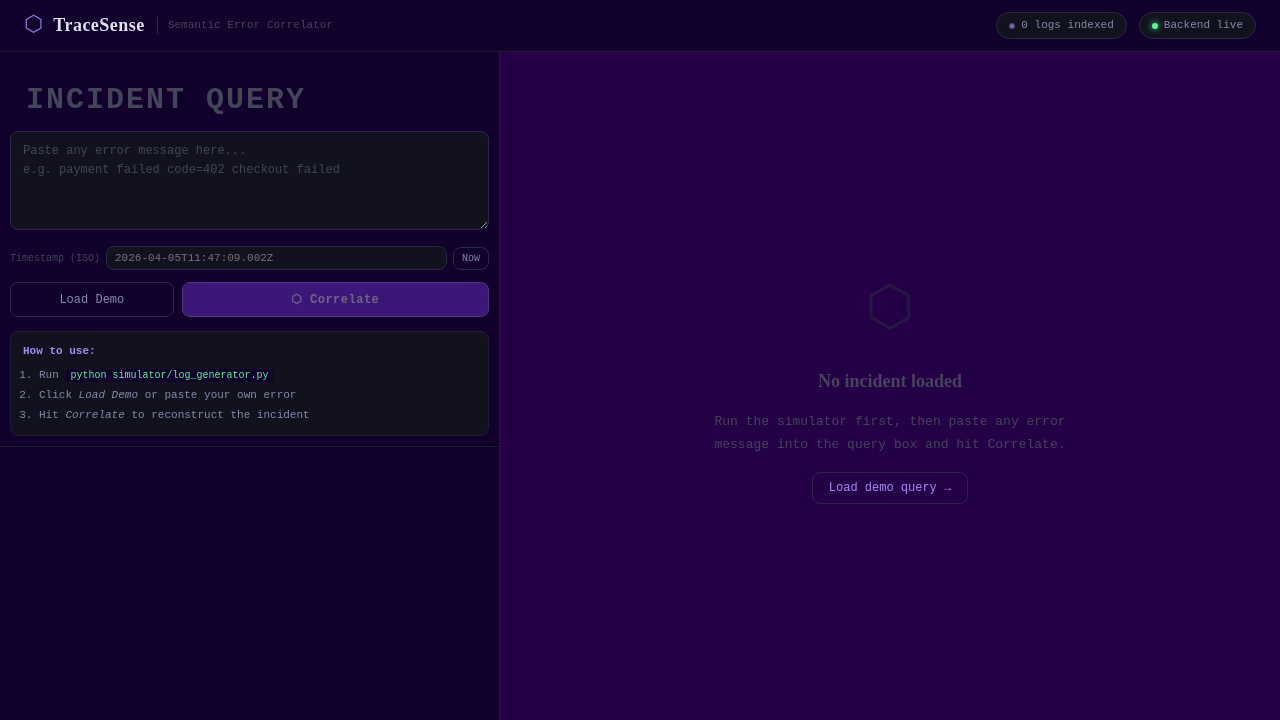
Repository: SaranyaM15/AI_Engineer_Journey
Page: / (app in tracesense/frontend/)
These files come from the project's save history. The page is drawn as it stood at one moment and after the next save; the edit follows.
The browser window is 1280 px wide. The pictures show the whole page.
The page's requests for data from a server got no answer. Some web fonts or font styles are not loaded; a fallback is used. The project was rebuilt for these pictures with package versions that can differ from the ones it lists, and the page was loaded fresh each time. No one was signed in, and anything a server would have sent is missing. Also part of the build but not shown: tracesense/frontend/vite.config.js, tracesense/frontend/src/components/Timeline.jsx, tracesense/frontend/src/components/LogFeed.jsx.

Above is the page before, as saved 2026-04-05 18:52:00.

### tracesense/frontend/src/index.css
*, *::before, *::after {
  box-sizing: border-box;
  margin: 0;
  padding: 0;
}

html, body, #root {
  height: 100%;
  overflow: hidden;
}

### tracesense/frontend/src/App.jsx
import { useState, useEffect } from "react";
import axios from "axios";
import Timeline from "./components/Timeline";
import QueryPanel from "./components/QueryPanel";
import LogFeed from "./components/LogFeed";
import "./App.css";

const API = "http://localhost:8000";

export default function App() {
  const [query, setQuery] = useState("");
  const [timestamp, setTimestamp] = useState("");
  const [cluster, setCluster] = useState(null);
  const [loading, setLoading] = useState(false);
  const [logCount, setLogCount] = useState(0);
  const [error, setError] = useState(null);
  const [simulatorRunning, setSimulatorRunning] = useState(false);

  useEffect(() => {
    fetchLogCount();
    const interval = setInterval(fetchLogCount, 5000);
    return () => clearInterval(interval);
  }, []);

  async function fetchLogCount() {
    try {
      const res = await axios.get(`${API}/logs/count`);
      setLogCount(res.data.total_logs_stored);
    } catch {
      // backend not reachable yet
    }
  }

  async function runCorrelation() {
    if (!query.trim()) return;
    setLoading(true);
    setError(null);
    setCluster(null);

    const ts = timestamp || new Date().toISOString();

    try {
      const res = await axios.post(`${API}/correlate`, {
        message: query,
        timestamp: ts,
      });
      setCluster(res.data);
    } catch (e) {
      setError("Could not reach backend. Make sure uvicorn is running on :8000");
    } finally {
      setLoading(false);
    }
  }

  function handleDemo() {
    setQuery("payment failed code=402 checkout failed");
    setTimestamp("2026-04-05T11:47:09.002Z");
  }

  return (
    <div className="app">
      {/* Top Bar */}
      <header className="topbar">
        <div className="topbar-left">
          <span className="logo-icon">⬡</span>
          <span className="logo-text">TraceSense</span>
          <span className="logo-sub">Semantic Error Correlator</span>
        </div>
        <div className="topbar-right">
          <div className="stat-pill">
            <span className="stat-dot pulse" />
            <span>{logCount.toLocaleString()} logs indexed</span>
          </div>
          <div className="status-pill">
            <span className="status-dot" />
            <span>Backend live</span>
          </div>
        </div>
      </header>

      <div className="layout">
        {/* Left Panel */}
        <aside className="left-panel">
          <QueryPanel
            query={query}
            setQuery={setQuery}
            timestamp={timestamp}
            setTimestamp={setTimestamp}
            onCorrelate={runCorrelation}
            onDemo={handleDemo}
            loading={loading}
          />
          {cluster && (
            <LogFeed cluster={cluster} />
          )}
        </aside>

        {/* Main Timeline */}
        <main className="main-panel">
          {!cluster && !loading && (
            <div className="empty-state">
              <div className="empty-icon">⬡</div>
              <h2>No incident loaded</h2>
              <p>
                Run the simulator first, then paste any error message into
                the query box and hit Correlate.
              </p>
              <button className="demo-hint" onClick={handleDemo}>
                Load demo query →
              </button>
            </div>
          )}
          {loading && (
            <div className="empty-state">
              <div className="spinner" />
              <p>Correlating across services...</p>
            </div>
          )}
          {error && (
            <div className="empty-state error-state">
              <p>{error}</p>
            </div>
          )}
          {cluster && !loading && (
            <Timeline cluster={cluster} />
          )}
        </main>
      </div>
    </div>
  );
}

### tracesense/frontend/src/components/QueryPanel.jsx
export default function QueryPanel({
  query, setQuery, timestamp, setTimestamp,
  onCorrelate, onDemo, loading
}) {
  return (
    <div className="query-panel">
      <div className="panel-label">INCIDENT QUERY</div>

      <textarea
        className="query-input"
        placeholder="Paste any error message here...&#10;e.g. payment failed code=402 checkout failed"
        value={query}
        onChange={e => setQuery(e.target.value)}
        rows={4}
      />

      <div className="ts-row">
        <label className="ts-label">Timestamp (ISO)</label>
        <input
          className="ts-input"
          placeholder="2026-04-05T11:47:09.002Z"
          value={timestamp}
          onChange={e => setTimestamp(e.target.value)}
        />
        <button
          className="now-btn"
          onClick={() => setTimestamp(new Date().toISOString())}
        >
          Now
        </button>
      </div>

      <div className="btn-row">
        <button className="demo-btn" onClick={onDemo}>
          Load Demo
        </button>
        <button
          className="correlate-btn"
          onClick={onCorrelate}
          disabled={loading || !query.trim()}
        >
          {loading ? "Correlating..." : "⬡ Correlate"}
        </button>
      </div>

      <div className="hint-box">
        <strong>How to use:</strong>
        <ol>
          <li>Run <code>python simulator/log_generator.py</code></li>
          <li>Click <em>Load Demo</em> or paste your own error</li>
          <li>Hit <em>Correlate</em> to reconstruct the incident</li>
        </ol>
      </div>
    </div>
  );
}

### tracesense/frontend/src/App.css
@import url('https://fonts.googleapis.com/css2?family=Boldonse&family=JetBrains+Mono:wght@400;500;700&display=swap');

/* ── Variables ── */
:root {
  --bg:         #240046;
  --bg2:        #10002B;
  --bg3:        #12121f;
  --border:     #1e1e35;
  --border2:    #2a2a45;
  --accent:     #a78bfa;
  --accent2:    #7c3aed;
  --text:       #e2e2f0;
  --text2:      #8888aa;
  --text3:      #44445a;
  --mono:       '', monospace;
  --display: 'Boldonse', cursive;
  --error:      #ff4d4d;
  --warn:       #f5a623;
  --info:       #4dff91;
  --radius:     8px;
}

/* ── Reset ── */
*, *::before, *::after { box-sizing: border-box; margin: 0; padding: 0; }

body {
  background:  var(--bg);
  color:       var(--text);
  font-family: var(--mono);
  font-size:   13px;
  line-height: 1.5;
  overflow:    hidden;
  height:      100vh;
}

#root { height: 100vh; display: flex; flex-direction: column; }

/* ── App Layout ── */
.app {
  display:        flex;
  flex-direction: column;
  height:         100vh;
  overflow:       hidden;
}

/* ── Topbar ── */
.topbar {
  display:         flex;
  align-items:     center;
  justify-content: space-between;
  padding:         0 24px;
  height:          52px;
  background:      var(--bg2);
  border-bottom:   1px solid var(--border);
  flex-shrink:     0;
}

.topbar-left {
  display:     flex;
  align-items: center;
  gap:         10px;
}

.logo-icon {
  color:       var(--accent);
  font-size:   22px;
  line-height: 1;
  animation:   pulse-icon 3s ease-in-out infinite;
}

@keyframes pulse-icon {
  0%, 100% { opacity: 1; }
  50%       { opacity: 0.5; }
}

.logo-text {
  font-family: var(--display);
  font-weight: 800;
  font-size:   18px;
  letter-spacing: 0.5px;
  color:       var(--text);
}

.logo-sub {
  color:       var(--text3);
  font-size:   11px;
  border-left: 1px solid var(--border2);
  padding-left: 10px;
  margin-left:  2px;
}

.topbar-right {
  display:     flex;
  align-items: center;
  gap:         12px;
}

.stat-pill, .status-pill {
  display:       flex;
  align-items:   center;
  gap:           6px;
  padding:       4px 12px;
  border-radius: 20px;
  border:        1px solid var(--border2);
  background:    var(--bg3);
  font-size:     11px;
  color:         var(--text2);
}

.stat-dot {
  width:         6px;
  height:        6px;
  border-radius: 50%;
  background:    var(--accent);
}

.stat-dot.pulse {
  animation: dot-pulse 2s ease-in-out infinite;
}

@keyframes dot-pulse {
  0%, 100% { opacity: 1; transform: scale(1); }
  50%       { opacity: 0.4; transform: scale(0.8); }
}

.status-dot {
  width:         6px;
  height:        6px;
  border-radius: 50%;
  background:    var(--info);
  box-shadow:    0 0 6px var(--info);
}

/* ── Main Layout ── */
.layout {
  display:  flex;
  flex:     1;
  overflow: hidden;
}

/* ── Left Panel ── */
.left-panel {
  width:        500px;
  flex-shrink:  0;
  background:   var(--bg2);
  border-right: 1px solid var(--border);
  display:      flex;
  flex-direction: column;
  overflow:     hidden;
}

.panel-label {
  font-size:      30px;
  letter-spacing: 2px;
  color:          var(--text3);
  font-weight:    700;
  padding:        16px 16px 8px;
  display:        flex;
  align-items:    center;
  gap:            8px;
}

.count-badge {
  background:    var(--accent2);
  color:         white;
  border-radius: 10px;
  padding:       1px 7px;
  font-size:     10px;
}

/* ── Query Panel ── */
.query-panel {
  padding:     10px;
  border-bottom: 1px solid var(--border);
  flex-shrink: 0;
}

.query-input {
  width:        100%;
  background:   var(--bg3);
  border:       1px solid var(--border2);
  border-radius: var(--radius);
  color:        var(--text);
  font-family:  var(--mono);
  font-size:    12px;
  padding:      10px 12px;
  resize:       vertical;
  outline:      none;
  transition:   border-color 0.2s;
  line-height:  1.6;
}

.query-input:focus {
  border-color: var(--accent);
}

.query-input::placeholder { color: var(--text3); }

.ts-row {
  display:     flex;
  align-items: center;
  gap:         6px;
  margin-top:  10px;
}

.ts-label {
  font-size:   10px;
  color:       var(--text3);
  white-space: nowrap;
}

.ts-input {
  flex:         1;
  background:   var(--bg3);
  border:       1px solid var(--border2);
  border-radius: var(--radius);
  color:        var(--text2);
  font-family:  var(--mono);
  font-size:    11px;
  padding:      5px 8px;
  outline:      none;
  min-width:    0;
}

.ts-input:focus { border-color: var(--accent); }

.now-btn {
  background:    transparent;
  border:        1px solid var(--border2);
  border-radius: var(--radius);
  color:         var(--text2);
  font-family:   var(--mono);
  font-size:     10px;
  padding:       5px 8px;
  cursor:        pointer;
  white-space:   nowrap;
  transition:    all 0.15s;
}

.now-btn:hover {
  border-color: var(--accent);
  color:        var(--accent);
}

.btn-row {
  display:    flex;
  gap:        8px;
  margin-top: 12px;
}

.demo-btn {
  flex:          1;
  background:    transparent;
  border:        1px solid var(--border2);
  border-radius: var(--radius);
  color:         var(--text2);
  font-family:   var(--mono);
  font-size:     12px;
  padding:       9px;
  cursor:        pointer;
  transition:    all 0.15s;
}

.demo-btn:hover {
  border-color: var(--accent);
  color:        var(--accent);
}

.correlate-btn {
  flex:          2;
  background:    var(--accent2);
  border:        1px solid var(--accent);
  border-radius: var(--radius);
  color:         white;
  font-family:   var(--mono);
  font-size:     12px;
  font-weight:   700;
  padding:       9px;
  cursor:        pointer;
  transition:    all 0.15s;
  letter-spacing: 0.5px;
}

.correlate-btn:hover:not(:disabled) {
  background: var(--accent);
  box-shadow: 0 0 20px var(--accent2);
}

.correlate-btn:disabled {
  opacity: 0.4;
  cursor: not-allowed;
}

.hint-box {
  margin-top:    14px;
  background:    var(--bg3);
  border:        1px solid var(--border);
  border-radius: var(--radius);
  padding:       10px 12px;
  font-size:     11px;
  color:         var(--text2);
  line-height:   1.8;
}

.hint-box strong { color: var(--accent); }
.hint-box ol { padding-left: 16px; margin-top: 4px; }
.hint-box code {
  background:    var(--bg2);
  padding:       1px 5px;
  border-radius: 4px;
  color:         var(--info);
  font-size:     10px;
}

/* ── Log Feed ── */
.log-feed {
  flex:      1;
  overflow:  hidden;
  display:   flex;
  flex-direction: column;
}

.log-list {
  flex:       1;
  overflow-y: auto;
  padding:    8px;
  display:    flex;
  flex-direction: column;
  gap:        6px;
}

.log-list::-webkit-scrollbar { width: 4px; }
.log-list::-webkit-scrollbar-track { background: transparent; }
.log-list::-webkit-scrollbar-thumb { background: var(--border2); border-radius: 2px; }

.log-card {
  background:    var(--bg3);
  border:        1px solid var(--border);
  border-radius: var(--radius);
  padding:       10px;
  transition:    border-color 0.15s;
  animation:     slide-in 0.3s ease both;
}

@keyframes slide-in {
  from { opacity: 0; transform: translateX(-10px); }
  to   { opacity: 1; transform: translateX(0); }
}

.log-card:hover { border-color: var(--border2); }

.log-card-top {
  display:     flex;
  align-items: center;
  gap:         6px;
  margin-bottom: 5px;
}

.log-icon   { font-size: 14px; }
.log-level  { font-size: 10px; font-weight: 700; letter-spacing: 1px; }
.log-service { flex: 1; font-size: 11px; color: var(--text2); }
.log-score  { font-size: 11px; color: var(--accent); font-weight: 700; }

.log-message {
  font-size:   11px;
  color:       var(--text);
  line-height: 1.5;
  word-break:  break-word;
  margin-bottom: 6px;
}

.log-meta {
  display:         flex;
  justify-content: space-between;
  align-items:     center;
  font-size:       10px;
  color:           var(--text3);
}

.score-bars {
  display: flex;
  gap:     8px;
}

.score-bars span { color: var(--text3); }

.conf-bar-bg {
  height:        2px;
  background:    var(--border);
  border-radius: 1px;
  margin-top:    6px;
  overflow:      hidden;
}

.conf-bar-fill {
  height:     100%;
  background: linear-gradient(90deg, var(--accent2), var(--accent));
  border-radius: 1px;
  transition: width 0.5s ease;
}

/* ── Main Panel ── */
.main-panel {
  flex:       1;
  overflow-y: auto;
  padding:    24px;
}

.main-panel::-webkit-scrollbar { width: 5px; }
.main-panel::-webkit-scrollbar-track { background: transparent; }
.main-panel::-webkit-scrollbar-thumb { background: var(--border2); border-radius: 3px; }

/* ── Empty State ── */
.empty-state {
  display:         flex;
  flex-direction:  column;
  align-items:     center;
  justify-content: center;
  height:          100%;
  gap:             16px;
  text-align:      center;
  color:           var(--text2);
  animation:       fade-in 0.4s ease;
}

@keyframes fade-in {
  from { opacity: 0; }
  to   { opacity: 1; }
}

.empty-icon {
  font-size:  56px;
  color:      var(--border2);
  animation:  pulse-icon 4s ease-in-out infinite;
}

.empty-state h2 {
  font-family: var(--display);
  font-weight: 600;
  color:       var(--text3);
  font-size:   18px;
}

.empty-state p {
  max-width:  380px;
  color:      var(--text3);
  font-size:  13px;
  line-height: 1.7;
}

.demo-hint {
  background:    transparent;
  border:        1px solid var(--border2);
  border-radius: var(--radius);
  color:         var(--accent);
  font-family:   var(--mono);
  font-size:     12px;
  padding:       8px 16px;
  cursor:        pointer;
  transition:    all 0.15s;
}

.demo-hint:hover {
  border-color: var(--accent);
  box-shadow:   0 0 14px var(--accent2);
}

.error-state { color: var(--error); }

/* ── Spinner ── */
.spinner {
  width:         36px;
  height:        36px;
  border:        3px solid var(--border2);
  border-top:    3px solid var(--accent);
  border-radius: 50%;
  animation:     spin 0.8s linear infinite;
}

@keyframes spin {
  to { transform: rotate(360deg); }
}

/* ── Timeline ── */
.timeline-wrap {
  display:        flex;
  flex-direction: column;
  gap:            20px;
  animation:      fade-in 0.4s ease;
}

.timeline-header {
  border-bottom: 1px solid var(--border);
  padding-bottom: 16px;
}

.tl-title {
  font-family: var(--display);
  font-weight: 700;
  font-size:   20px;
  color:       var(--text);
  display:     flex;
  align-items: center;
  gap:         12px;
  margin-bottom: 6px;
}

.tl-badge {
  font-family:   var(--mono);
  font-size:     11px;
  font-weight:   400;
  background:    var(--accent2);
  color:         white;
  padding:       2px 10px;
  border-radius: 10px;
}

.tl-query {
  font-size:  12px;
  color:      var(--text3);
}

.tl-query em {
  color:      var(--accent);
  font-style: normal;
}

/* ── Swim Lanes ── */
.swim-container {
  display:        flex;
  flex-direction: column;
  gap:            0;
}

.swim-lane {
  display:     flex;
  align-items: stretch;
  min-height:  80px;
  border-bottom: 1px solid var(--border);
}

.swim-lane:last-child { border-bottom: none; }

.lane-label {
  width:          160px;
  flex-shrink:    0;
  display:        flex;
  align-items:    center;
  gap:            8px;
  padding:        16px 12px;
  border-left:    3px solid transparent;
  font-size:      11px;
  color:          var(--text2);
  background:     var(--bg2);
}

.lane-dot {
  width:         8px;
  height:        8px;
  border-radius: 50%;
  flex-shrink:   0;
}

.lane-track {
  flex:       1;
  position:   relative;
  padding:    16px 20px;
  display:    flex;
  flex-direction: column;
  gap:        10px;
}

.lane-line {
  position:     absolute;
  left:         0;
  right:        0;
  top:          50%;
  height:       1px;
  border-top:   1px dashed;
  pointer-events: none;
  z-index:      0;
}

.lane-event {
  display:     flex;
  align-items: flex-start;
  gap:         12px;
  position:    relative;
  z-index:     1;
}

.event-dot {
  width:         14px;
  height:        14px;
  border-radius: 50%;
  border:        2px solid;
  flex-shrink:   0;
  margin-top:    3px;
  cursor:        pointer;
  transition:    transform 0.15s;
}

.event-dot:hover { transform: scale(1.4); }

.event-card {
  background:    var(--bg3);
  border:        1px solid var(--border);
  border-left:   3px solid;
  border-radius: var(--radius);
  padding:       8px 12px;
  flex:          1;
  animation:     slide-in 0.3s ease both;
}

.event-card-top {
  display:     flex;
  align-items: center;
  gap:         8px;
  margin-bottom: 4px;
}

.event-level {
  font-size:      10px;
  font-weight:    700;
  letter-spacing: 1px;
}

.event-time  { font-size: 10px; color: var(--text3); }
.event-score { font-size: 10px; color: var(--accent); margin-left: auto; }

.event-message {
  font-size:  11px;
  color:      var(--text);
  word-break: break-word;
  line-height: 1.5;
}

/* ── Root Cause Banner ── */
.root-cause-banner {
  display:       flex;
  align-items:   center;
  gap:           12px;
  background:    linear-gradient(135deg, #1a0a2e, #0d0d1a);
  border:        1px solid var(--accent2);
  border-radius: var(--radius);
  padding:       12px 18px;
  font-size:     12px;
  box-shadow:    0 0 24px #7c3aed22;
}

.rc-label {
  color:          var(--accent);
  font-weight:    700;
  letter-spacing: 1px;
  font-size:      10px;
  white-space:    nowrap;
}

.rc-service {
  background:    var(--accent2);
  color:         white;
  padding:       2px 10px;
  border-radius: 10px;
  font-size:     11px;
  white-space:   nowrap;
}

.rc-message {
  flex:      1;
  color:     var(--text2);
  font-size: 11px;
  overflow:  hidden;
  text-overflow: ellipsis;
  white-space:   nowrap;
}

.rc-time {
  color:      var(--text3);
  font-size:  11px;
  white-space: nowrap;
}

/* ── Canvas ── */
.connector-canvas {
  z-index: 2;
}

Loaded but not shown: tracesense/frontend/src/main.jsx (common file)

After the next save:
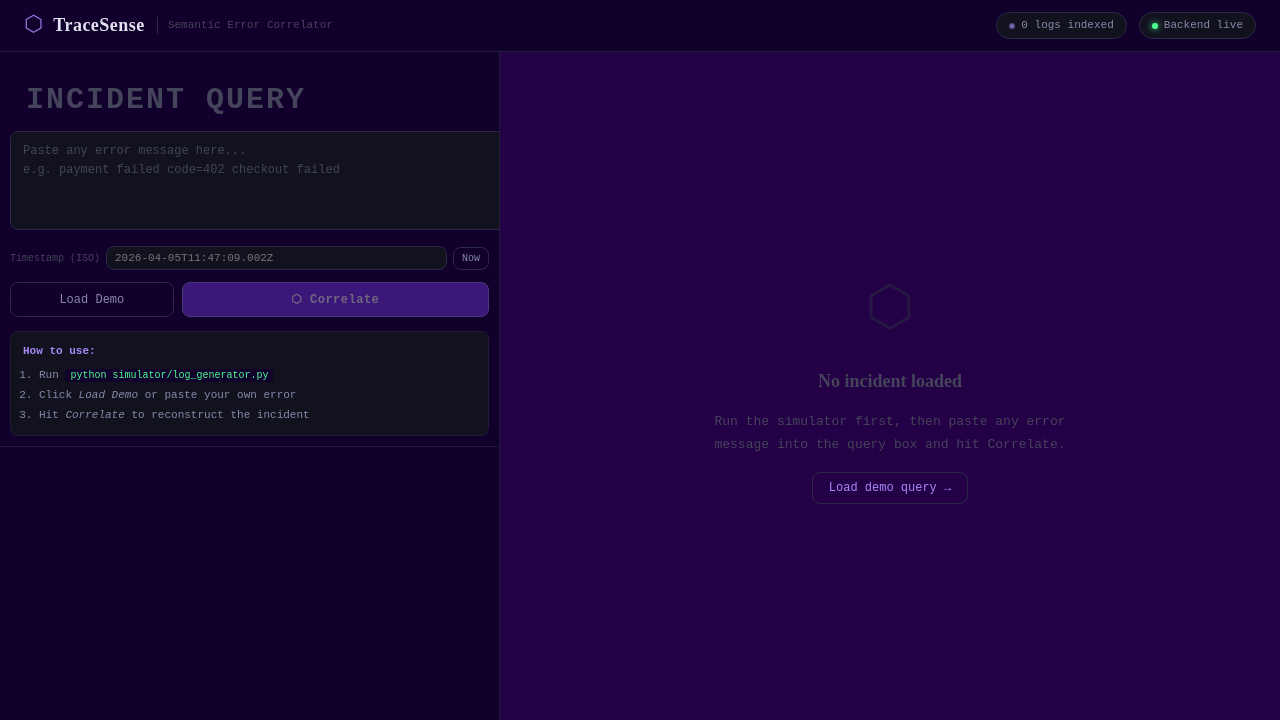
Saved 11 s later.
--- a/tracesense/frontend/src/App.css
+++ b/tracesense/frontend/src/App.css
@@ -176,7 +176,7 @@ body {
 }
 
 .query-input {
-  width:        100%;
+  width:        300%;
   background:   var(--bg3);
   border:       1px solid var(--border2);
   border-radius: var(--radius);
